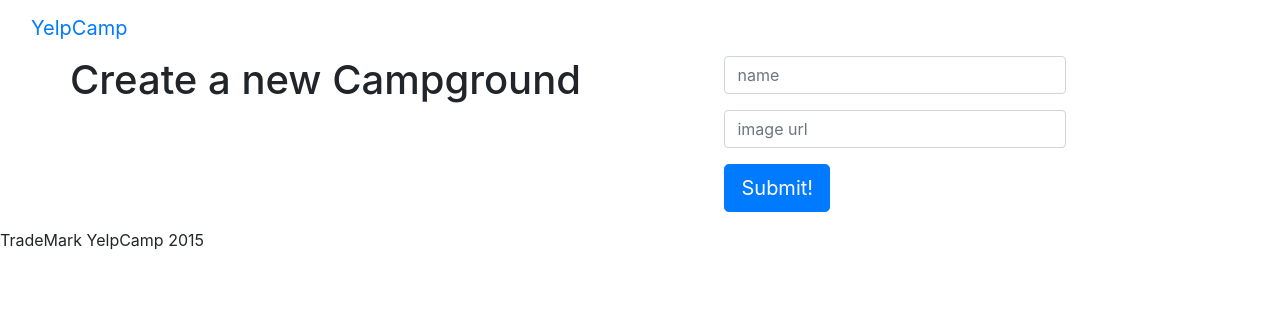
Repository: yshang0/WebDeveloperBootcamp
Page: http://localhost/campgrounds/new
The author's editor kept a record of every edit. The page is drawn from the files as they stood at one moment, then again after the next edit.
The browser window is 1280 px wide. The pictures show the whole page.
The page is served by the project's Node server (YelpCamp/v1/app.js).

Above is the page before.

### PhotoShow/YelpCamp/v1/views/new.ejs
<% include partials/header %>
<div class="container">
    <div class="row">
        <h1 style="text-align: center">Create a new Campground</h1>
        <div style="width: 30%; margin: 0 auto;">

        <form action="/campgrounds" method="POST">
            <div class="form-group">
            <input class="form-control" type="text" name="name" placeholder="name">
            </div>
            <div class="form-group">
            <input class="form-control" type="text" name="image" placeholder="image url">
            </div>
            <div class="form-group">
            <button class="btn btn-lg btn-primary btn-default">Submit!</button>
            </div>
        </form>

        </div>


    </div>


</div>
<% include partials/footer %>

### PhotoShow/YelpCamp/v1/views/partials/header.ejs
<!DOCTYPE html>
<html>
    <head>
        <title>YelpCamp</title>
        <link rel="stylesheet" href="https://stackpath.bootstrapcdn.com/bootstrap/4.1.3/css/bootstrap.min.css">
    </head>

    <body>
        <nav class="navbar navbar-default">
        <div class="container-fluid">
            <div class="navbar-header">
                <a class="navbar-brand" href="/">YelpCamp</a>
            </div>
            <div class="collapse navbar-collapse">
                <ul class="nav navbar-nav navbar-right">
                    <li><a href="/">Login</a></li>
                    <li><a href="/">Sign Up</a></li>
                    <li><a href="/">Logout</a></li>
                </ul>
            </div>
        </div>
    </nav>

### PhotoShow/YelpCamp/v1/views/partials/footer.ejs
<p>TradeMark YelpCamp 2015</p>
</body>
</html>

### PhotoShow/YelpCamp/v1/app.js
var express = require("express"); // (import) the express module and create an Express application.
var app = express();
var bodyParser = require("body-parser");


//When extended property is set to true,
//the URL-encoded data will be parsed with the qs library.
//when extended property is set to false,
//the URL-encoded data will instead be parsed with the querystring library.
app.use(bodyParser.urlencoded({extended:true}));
app.set("view engine", "ejs");

var campgrounds = [
        {name: "s", image:"https://farm4.staticflickr.com/3828/9531852967_8299e728fc.jpg"},
        {name: "g", image:"https://farm4.staticflickr.com/3624/3331133595_383a1c19c6.jpg"},
        {name: "y", image:"https://farm6.staticflickr.com/5042/5303791663_06cefbeb4c.jpg"},
        {name: "s", image:"https://farm4.staticflickr.com/3828/9531852967_8299e728fc.jpg"},
        {name: "g", image:"https://farm4.staticflickr.com/3624/3331133595_383a1c19c6.jpg"},
        {name: "y", image:"https://farm6.staticflickr.com/5042/5303791663_06cefbeb4c.jpg"},
        {name: "s", image:"https://farm4.staticflickr.com/3828/9531852967_8299e728fc.jpg"},
        {name: "g", image:"https://farm4.staticflickr.com/3624/3331133595_383a1c19c6.jpg"},
        {name: "y", image:"https://farm6.staticflickr.com/5042/5303791663_06cefbeb4c.jpg"}
        ];


//it shows a route definition.
//The app.get() method specifies a callback function that will be invoked whenever there is an HTTP GET request with a path ('/') relative to the site root.
//The callback function takes a request and a response object as arguments, and simply calls send() on the response to return the string.

app.get("/", function(req, res){
    res.render("landing");
});

app.get("/campgrounds", function(req, res){


    res.render("campgrounds", {campgrounds:campgrounds});
});


app.post("/campgrounds", function(req, res) {

    //get data from form and add to campgrounds array
    var name = req.body.name;
    var image = req.body.image;
    var newCampground = {name: name, image: image}
    campgrounds.push(newCampground);
    //redirect back to campgrounds page
    res.redirect("/campgrounds");
});

app.get("/campgrounds/new", function(req, res){
    res.render("new.ejs");
});

app.listen(process.env.PORT, process.env.IP, function(){
  console.log("The YelpCamp Server Has Started!");
});

//start server: node app.js

After the next edit:
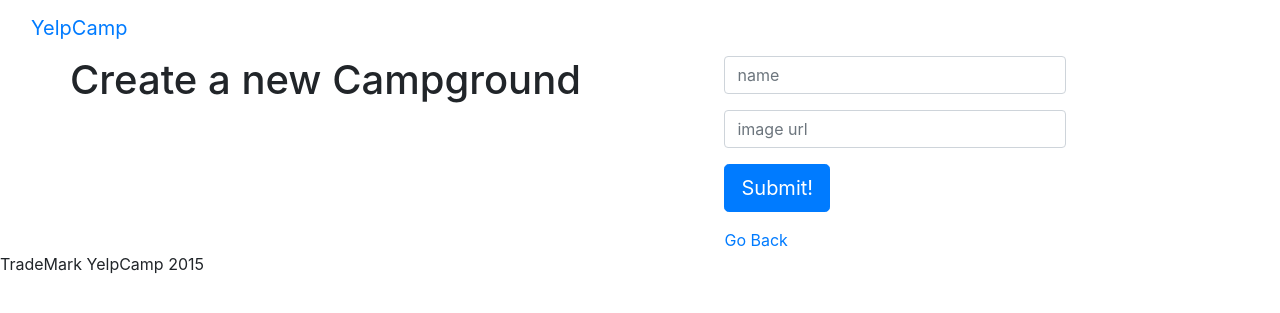
The edit:
--- a/PhotoShow/YelpCamp/v1/views/new.ejs
+++ b/PhotoShow/YelpCamp/v1/views/new.ejs
@@ -15,7 +15,7 @@
             <button class="btn btn-lg btn-primary btn-default">Submit!</button>
             </div>
         </form>
-
+        <a href="/campgrounds">Go Back</a>
         </div>
 
 
